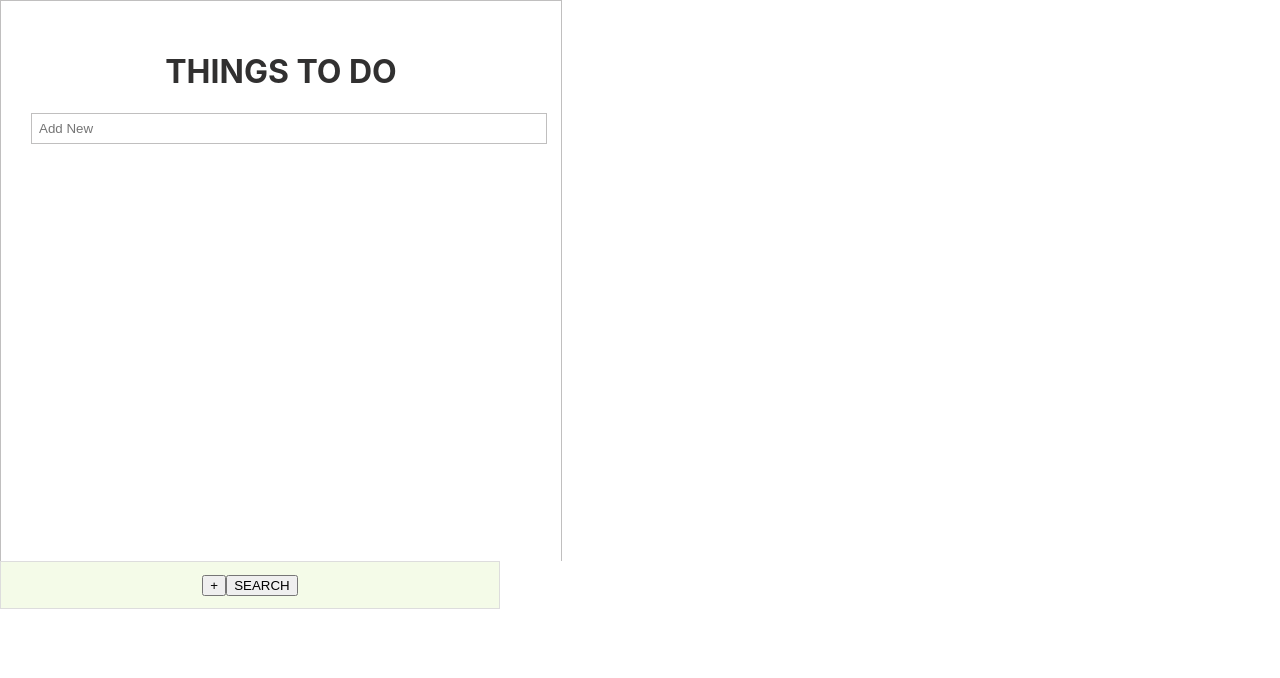
Repository: kirangautam45/To-Do-Application
Page: /
These files come from the project's save history. The page is drawn as it stood at one moment and after a run of saves; the edit follows.
The browser window is 1280 px wide. The pictures show the whole page.
The project was rebuilt for these pictures with package versions that can differ from the ones it lists, and the page was loaded fresh each time.

Above is the page before, as saved 2022-08-11 12:15:40.

After the next 2 saves:
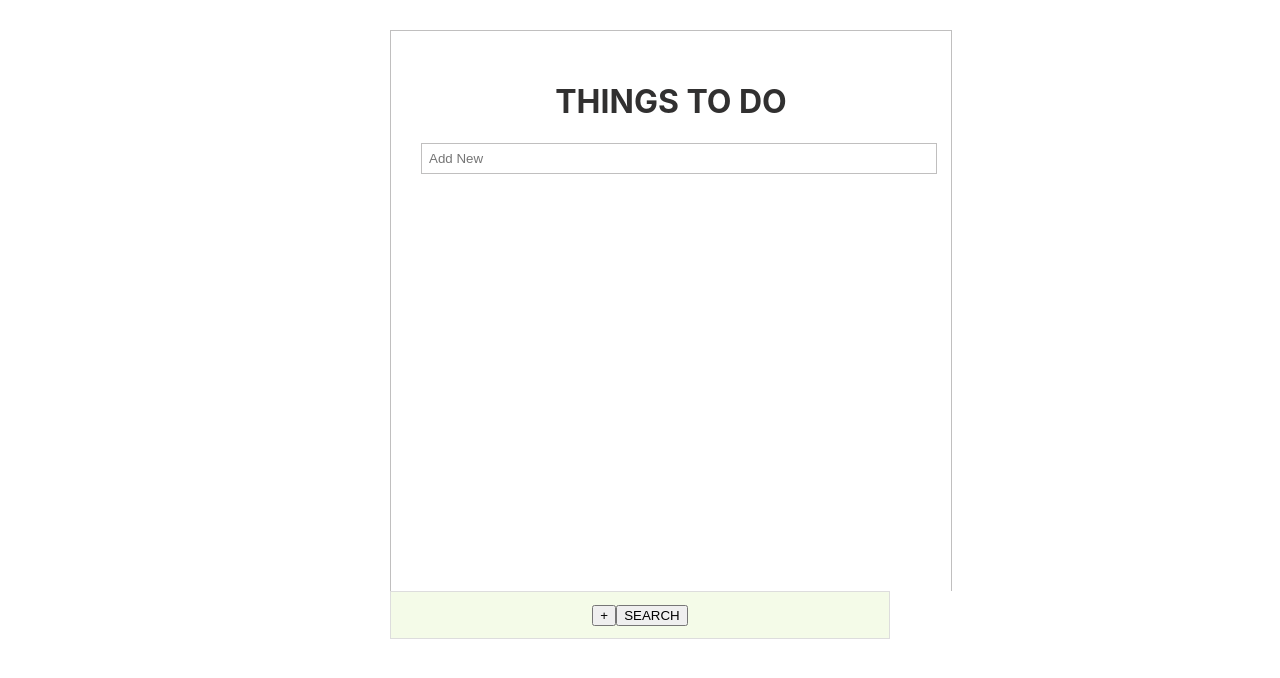
The 2 saves are shown as one change because they came seconds apart.
The last was saved 12 s later.
--- a/src/App.css
+++ b/src/App.css
@@ -1,7 +1,7 @@
 .Body {
   background-color: #ccc;
   width: 500px;
-/* margin: 30px auto; */
+ margin: 30px auto;
 display: 'flex';
 text-align: center;
 content: normal;
